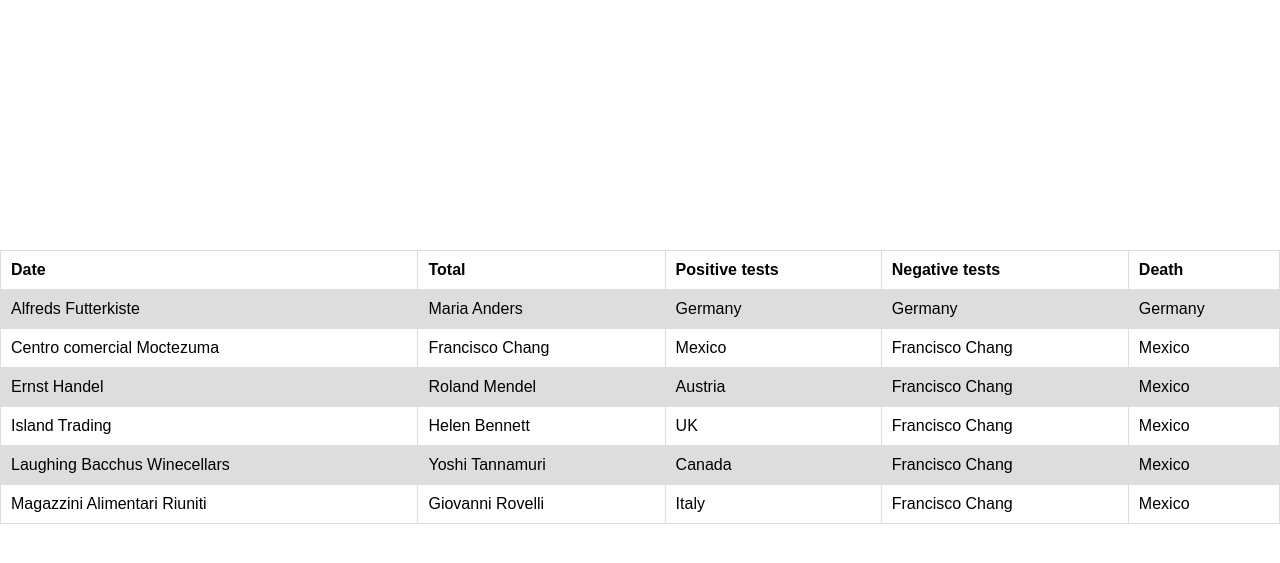
Repository: Seryozha02/ApiRequests
Page: index.html
These files come from the project's save history. The page is drawn as it stood at one moment and after the next save; the edit follows.
The browser window is 1280 px wide. The pictures show the whole page.

Above is the page before, as saved 2022-09-22 21:30:48.

After the next save:
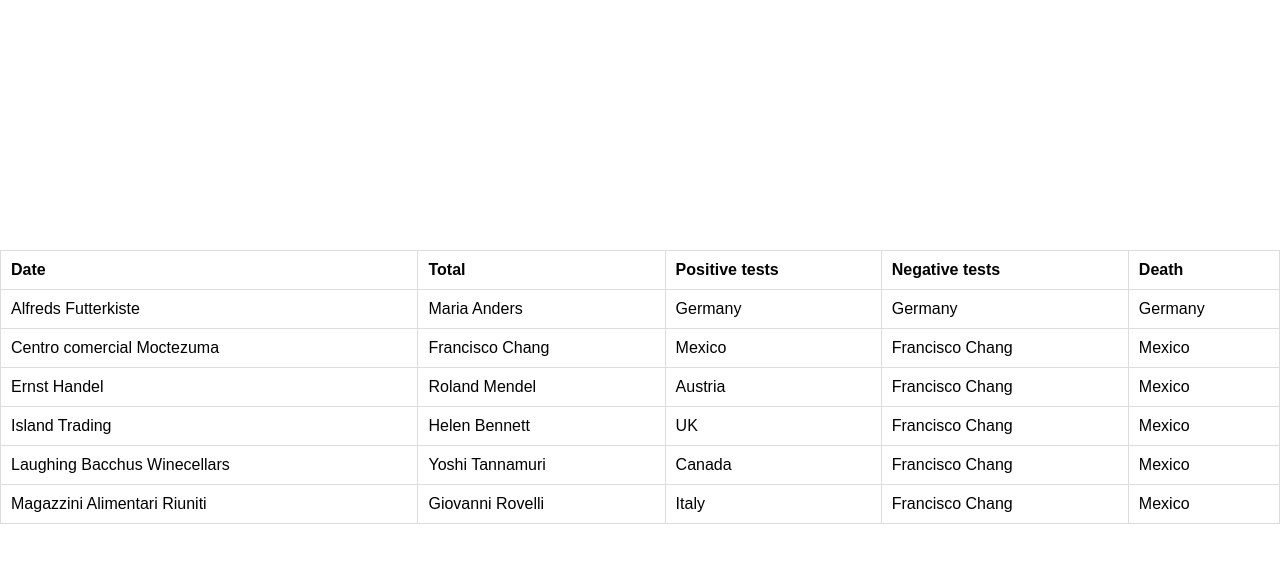
Saved 9 min 7 s later.
--- a/style.css
+++ b/style.css
@@ -17,7 +17,3 @@
     padding: 10px;
 
   }
-
-  tr:nth-child(even) {
-    background-color: #dddddd;
-  }
